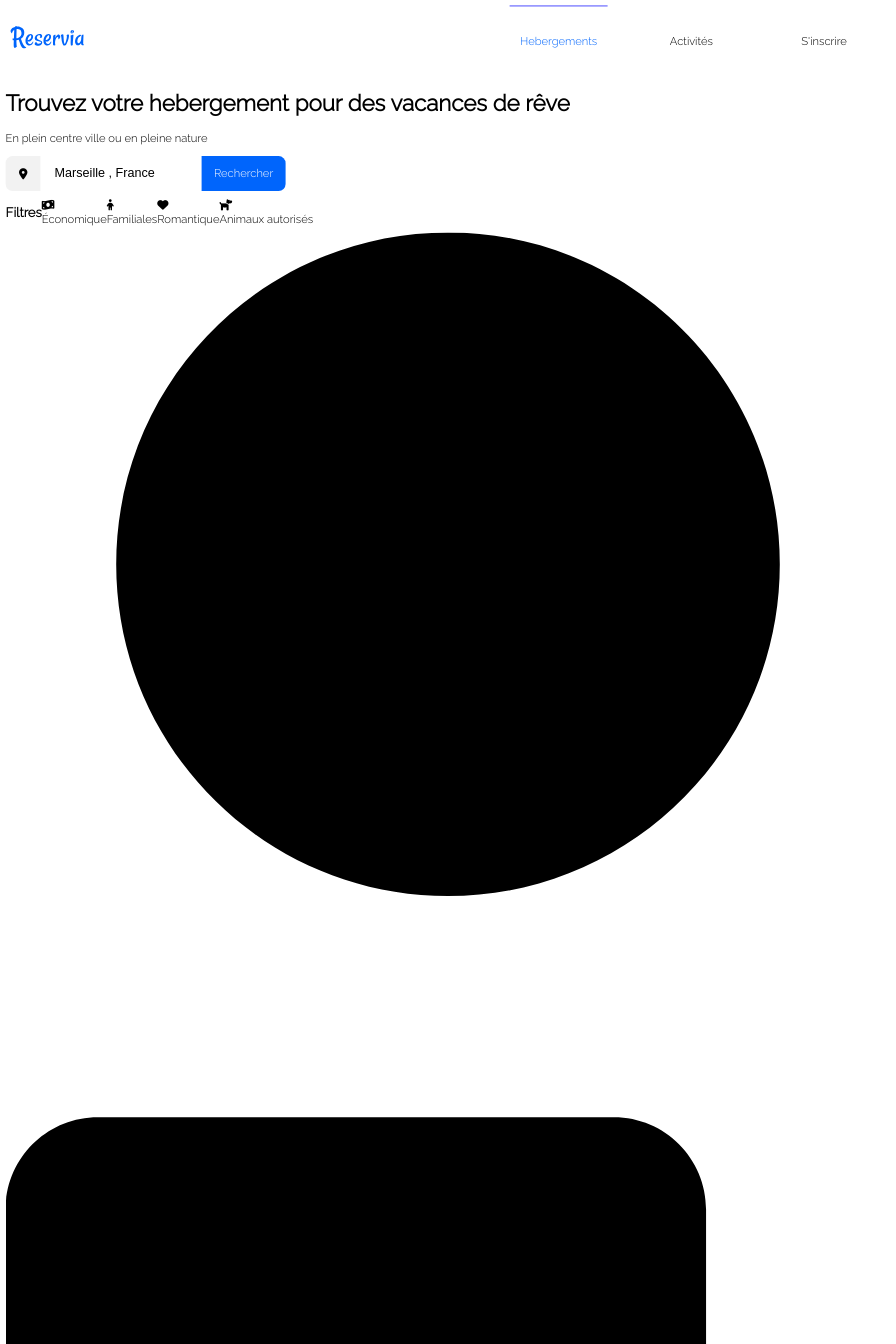
Repository: jaydeeonghub/DYLANBARBARISI_2_16062021
Page: index.html
An editor plug-in stored every save of this project. The page is shown before and after the next save, followed by the edit.
The browser window is 1280 px wide. The pictures show the part of the page from y = 0 to 1920 px (the page is 61217 px tall before and 61307 px after), at 70% of full size.
Some web libraries are served in a nearby version.

Above is the page before, as saved 2021-07-07 15:38:53.

### index.html
<!DOCTYPE html>
<html lang="fr">
<head>
    <script src="https://kit.fontawesome.com/864c7a6a3c.js" crossorigin="anonymous"></script>
    <link href="//netdna.bootstrapcdn.com/font-awesome/3.2.1/css/font-awesome.css" rel="stylesheet">
    <link rel="preconnect" href="https://fonts.gstatic.com">
    <link href="https://fonts.googleapis.com/css2?family=Raleway:wght@300&display=swap" rel="stylesheet">
    <link rel="stylesheet" href="Assets\Style\Styles.css">
        <meta charset="UTF-8">
        <meta http-equiv="X-UA-Compatible" content="IE=edge">
        <meta name="viewport" content="width=device-width, initial-scale=1.0">
    <title>Reservia</title>
</head>
<body>
    <header>
    <div class="Barre_de_navigation"> <!--Barre de navigation-->
        <div>
        <img
             class="marglogo"
             src="Assets/Logo/Reservia@3x.png"
             alt="Logo Reservia Responsive"
             srcset="Assets/Logo/Reservia.svg"
             width="120px"
             height="50px"
        />
    </div>
<nav class="LiensNav flexAround">
        <div class=" LiensNav2 flexCentre bordureNav">
        <a class="colorBleu decorationNone" href="#Hebergements">Hebergements</a>
    </div>
        <div class="LiensNav2 flexCentre">
        <a class="LiensColor2 decorationNone" href="#Activités">Activités</a>
    </div>
        <div class="LiensNav2 flexCentre"
            <a class="colorBleu decorationNone" href="#S'inscrire">S'inscrire</a></div>
    </nav>
    </header>
<main>
    <h1 class="texteGras">
    Trouvez votre hebergement pour des vacances de rêve
    </h1> <!--Titre d'accroche de la landing page-->
    <p>En plein centre ville ou en pleine nature</p>
    <div class="filtre margFiltreTitre">
        <div class="backGris flexCentre iconSize">
            <i class="fas fa-map-marker-alt"></i></div>
        <div>
            <input
                class="recherche flexCentre bordureNone paddingSearch"
                type="search"
                value="Marseille , France"
                />
            </div>
        <div class="backBleu flexCentre buttonSearch">Rechercher</div>
          </div>
          <div class="filtre">
              <div><h3>Filtres</h3></div>
          <div>
              <i class="fas fa-money-bill-wave"></i>
              <div>Économique</div>
          </div>
          <div>
              <i class="fas fa-child"></i>
              <div>Familiales</div>
          </div>
          <div>
              <i class="fas fa-heart"></i>
              <div>Romantique</div>
          </div>
          <div>
              <i class="fas fa-dog"></i>
              <div>Animaux autorisés</div>
          </div>
        </div>

    <img src="Assets/Icons/info-solid.svg"> <p>Plus de 500 Logements sont disponibles dans cette ville</p> <!--Nombre approximatif de logements disponibles aux alentours-->




        <section>
            <aside>
                <h2>Hébergements à Marseille</h2>
        <div>
            <img src="Assets/Images/4_small/florian-wehde-xW9e8gdotxI-unsplash.jpg"
                      />
                <span>
                    Auberge de la Cannebière
                </span>
                <span>
                    Nuit à partir de 25 Euros
                </span>
                <div>
                    <i><img src="Assets/Icons/star-solid.svg"</i>
                    <i><img src="Assets/Icons/star-solid.svg"</i>
                    <i><img src="Assets/Icons/star-solid.svg"</i>
                    <i><img src="Assets/Icons/star-solid.svg"</i>
                    <i><img src="Assets/Icons/star-solid.svg"</i>
                </div>
        <div>
            <img src="Assets/Images/4_small/kevin-hikari-rV_Qd1l-VXg-unsplash.jpg"
                    />
                <span>
                    Hôtel du port
                </span>
                <span>
                    Nuit à partir de 52 Euros
                </span>
                    <div>
                        <i><img src="Assets/Icons/star-solid.svg"</i>
                        <i><img src="Assets/Icons/star-solid.svg"</i>
                        <i><img src="Assets/Icons/star-solid.svg"</i>
                        <i><img src="Assets/Icons/star-solid.svg"</i>
                        <i><img src="Assets/Icons/star-solid.svg"</i>
                    </div>

                    <div>
                    <img src="Assets/Images/4_small/kilyan-sockalingum-NR8-cBCN3aI-unsplash.jpg"
                    />

                    <span>
                        Hôtel Les mouettes
                    </span>

                    <span>
                        Nuit à partir de 76 Euros
                        </span>

                        <div>
                            <i><img src="Assets/Icons/star-solid.svg"</i>
                            <i><img src="Assets/Icons/star-solid.svg"</i>
                            <i><img src="Assets/Icons/star-solid.svg"</i>
                            <i><img src="Assets/Icons/star-solid.svg"</i>
                            <i><img src="Assets/Icons/star-solid.svg"</i>
                        </div>
                    </div>
                        <div>
                            <img src="Assets/Images/4_small/lena-paulin-wH2-EJoDcV0-unsplash.jpg"
                            />
                            <span>
                                Hôtel de la mer
                            </span>
                            <span>
                                Nuit à partir de 46 Euros
                            </span>
                            <div>
                                <i><img src="Assets/Icons/star-solid.svg"</i>
                                <i><img src="Assets/Icons/star-solid.svg"</i>
                                <i><img src="Assets/Icons/star-solid.svg"</i>
                                <i><img src="Assets/Icons/star-solid.svg"</i>
                                <i><img src="Assets/Icons/star-solid.svg"</i>
                            </div>
                            <div>
                                <img src="Assets/Images/4_small/paul-hermann-QFTrLdQIRhI-unsplash.jpg"
                                />
                                <span>
                                    Auberge Le Panier
                                </span>
                                <span>
                                    Nuit à partir de 23 Euros
                                </span>
                                <div>
                                    <i><img src="Assets/Icons/star-solid.svg"</i>
                                    <i><img src="Assets/Icons/star-solid.svg"</i>
                                    <i><img src="Assets/Icons/star-solid.svg"</i>
                                    <i><img src="Assets/Icons/star-solid.svg"</i>
                                    <i><img src="Assets/Icons/star-solid.svg"</i>
                                </div>
                                <div>
                                    <img src="Assets/Images/4_small/reno-laithienne-QUgJhdY5Fyk-unsplash.jpg"
                                    />
                                    <span>
                                        Hôtel Chez Amina
                                    </span>
                                    <span>
                                        Nuit à partir de 96 Euros
                                    </span>
                                    <div>
                                        <i><img src="Assets/Icons/star-solid.svg"</i>
                                        <i><img src="Assets/Icons/star-solid.svg"</i>
                                        <i><img src="Assets/Icons/star-solid.svg"</i>
                                        <i><img src="Assets/Icons/star-solid.svg"</i>
                                        <i><img src="Assets/Icons/star-solid.svg"</i>
                                    </div>

            </aside><!--Hebergements à Marseille-->
            <aside>
                <h2>Les plus populaires</h2>
                <img src="#icônegraphiqueenfleche"
        <div>
            <img src="Assets/Images/4_small/florian-wehde-xW9e8gdotxI-unsplash.jpg"
                      />
                <span>
                    Hôtel le soleil du matin
                </span>
                <span>
                    Nuit à partir de 128 Euros
                </span>
                <div>
                    <i><img src="Assets/Icons/star-solid.svg"</i>
                    <i><img src="Assets/Icons/star-solid.svg"</i>
                    <i><img src="Assets/Icons/star-solid.svg"</i>
                    <i><img src="Assets/Icons/star-solid.svg"</i>
                    <i><img src="Assets/Icons/star-solid.svg"</i>
                </div>
        <div>
            <img src="Assets/Images/4_small/kevin-hikari-rV_Qd1l-VXg-unsplash.jpg"
                    />
                <span>
                    Au coeur de l'eau Chambre d'hôtes
                </span>
                <span>
                    Nuit à partir de 71 Euros
                </span>
                    <div>
                        <i><img src="Assets/Icons/star-solid.svg"</i>
                        <i><img src="Assets/Icons/star-solid.svg"</i>
                        <i><img src="Assets/Icons/star-solid.svg"</i>
                        <i><img src="Assets/Icons/star-solid.svg"</i>
                        <i><img src="Assets/Icons/star-solid.svg"</i>
                    </div>

                    <div>
                    <img src="Assets/Images/4_small/kilyan-sockalingum-NR8-cBCN3aI-unsplash.jpg"
                    />

                    <span>
                        Hôtel tout bleu et blanc
                    </span>

                    <span>
                        Nuit à partir de 68 Euros
                        </span>

                        <div>
                            <i><img src="Assets/Icons/star-solid.svg"</i>
                            <i><img src="Assets/Icons/star-solid.svg"</i>
                            <i><img src="Assets/Icons/star-solid.svg"</i>
                            <i><img src="Assets/Icons/star-solid.svg"</i>
                            <i><img src="Assets/Icons/star-solid.svg"</i>
                        </div>
                    </div>

            </aside><!-- Les plus populaires-->
    </section>
        <section>
            <h2>Activités à Marseille</h2>
        <div>
            <div>
                <img src="Assets/Images/4_small/kilyan-sockalingum-NR8-cBCN3aI-unsplash.jpg"
                />

                <span>
                    Vieux Port
                </span>
            </div>
            <div>
                <img src="Assets/Images/4_small/kilyan-sockalingum-NR8-cBCN3aI-unsplash.jpg"
                />

                <span>
                    Fort de Pomègues
                </span>
            </div>
            <div>
                <img src="Assets/Images/4_small/kilyan-sockalingum-NR8-cBCN3aI-unsplash.jpg"
                />

                <span>
                    Îles du Frioul
                </span>
            </div>
            <div>
                <img src="Assets/Images/4_small/kilyan-sockalingum-NR8-cBCN3aI-unsplash.jpg"
                />

                <span>
                    Parc National des Calanques
                </span>
            </div>
            <div>
                <img src="Assets/Images/4_small/kilyan-sockalingum-NR8-cBCN3aI-unsplash.jpg"
                />

                <span>
                    Notre-Dame-de-la-Garde
                </span>
            </div>
            <div>
                <img src="Assets/Images/4_small/kilyan-sockalingum-NR8-cBCN3aI-unsplash.jpg"
                />

                <span>
                    Parc Longchamp
                </span>
            </div>
        </div>
        </section><!-- Activités à Marseille-->


    </main>
    <footer>
        <h5>À propos</h5>
            <a href="#Fonctionnementdusite">Fonctionnement du site</a>
            <a href="#CGV">Conditions générales de vente</a>
            <a href="Confidentialité">Données et confidentialité</a>

        <h5>Nos hébergements</h5>
            <a href="#chartequalité">Charte qualité</a>
            <a href="#Soumettrehôtel">Soumettre votre hôtel</a>


        <h5>Assistance</h5>
            <a href="#Centre d'aide">Centre d'aide</a>
            <a href="#Contact">Nous contacter</a>
    </footer>


</body>
</html>

### Assets/Style/Styles.css
*
html,body {font-family: Raleway;}

li {display: inline;}

a {text-decoration: none;}

.flexCentre {

    display: flex;
    justify-content: center;
    align-items: center;
}

.flexAround {

    display: flex;
    justify-content: space-around;
    align-items: center;
}
.flexBetween {
    display: flex;
    justify-content: space-between;
    align-items: center;
}
/* NAV */
.Barre_de_navigation {
    display: flex;
    justify-content: space-between;
    align-items: center;
    font-family: Raleway;
}
.bordureNav {
    border-top: 1px solid blue;
}
.bordureNav2 {
    border-top: 1px solid transparent;
}

.LiensNav {
    width: 45%;
}
.LiensNav2 {
    width: 140px;
    height: 99px;
}
.texteGras {

    font-weight: bold;
}
.sizeNav {
    height: 100px;
}



.LiensColor2 {
    color: black;
}
.marglogo {
    margin-bottom: 7px;
}

/* Colors */
.colorBleu {
    color: #0065fc;
}
.colorBleuClair {
    color: #deebff
}
.colorGris {
    color: #f2f2f2
}
.backBleu {
    background-color: #0065fc;
}
.backBleuClair {
    background-color: #deebff
}
.backGris {
    background-color: #f2f2f2
}

/* HEADER*/
.bordureSearch {
    width: 400px;
    border-radius: 10px;
    border: 0.5px solid #f2f2f2;
}
.paddingSearch {
    padding-left: 20px;
}
.recherche {
    height: 50px;
    width: 230px;
    font-size: 18px;
    color: black
    font-weight: bold
}
.iconSize {
    height: 50px;
    width: 50px;
    border-radius: 10px 0 0 10px;
}
.buttonSearch {
    height: 50px;
    width: 120px;
    color: white;
    cursor: pointer;
    border-radius: 0 10px 10px 0;
}
/* Filtres */

.filtre {
    display: flex;
    align-items: center;
}
.margFiltre {
    margin-top: 50px;
    margin-bottom: 40px;
}
.margFiltreTitre {
    margin-right: 20px;
}
.filtreTexteIcons {
    border: 2px solid #f2f2f2;
    height: 50px;
    border-radius: 30px;
    margin-right: 20px;
}
.bordureNone {
    border-style: none
}

After the next save:
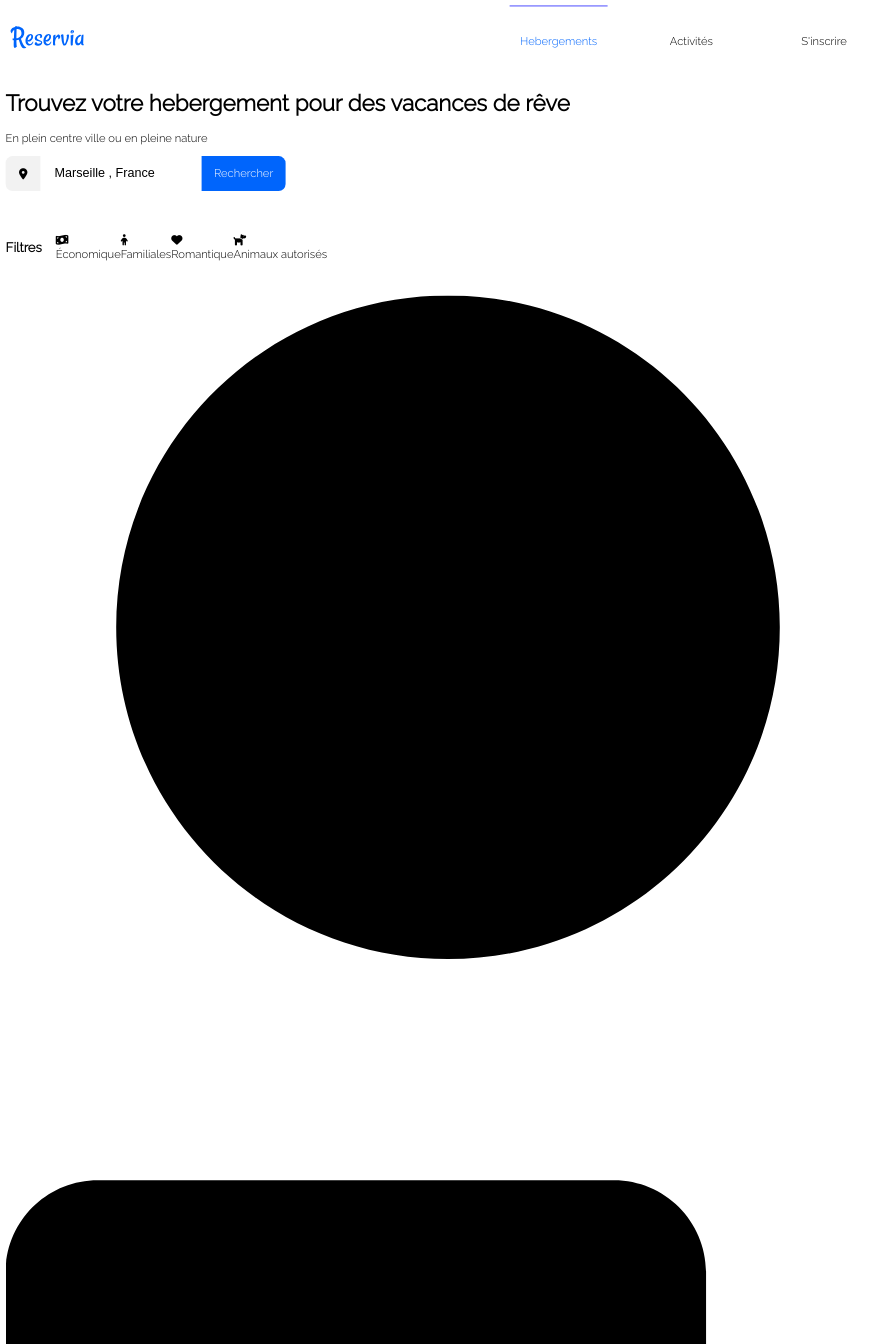
Saved 2 min 1 s later.
--- a/index.html
+++ b/index.html
@@ -52,8 +52,8 @@
             </div>
         <div class="backBleu flexCentre buttonSearch">Rechercher</div>
           </div>
-          <div class="filtre">
-              <div><h3>Filtres</h3></div>
+          <div class="filtre margFiltre">
+              <div class="margFiltreTitre"><h3>Filtres</h3></div>
           <div>
               <i class="fas fa-money-bill-wave"></i>
               <div>Économique</div>
